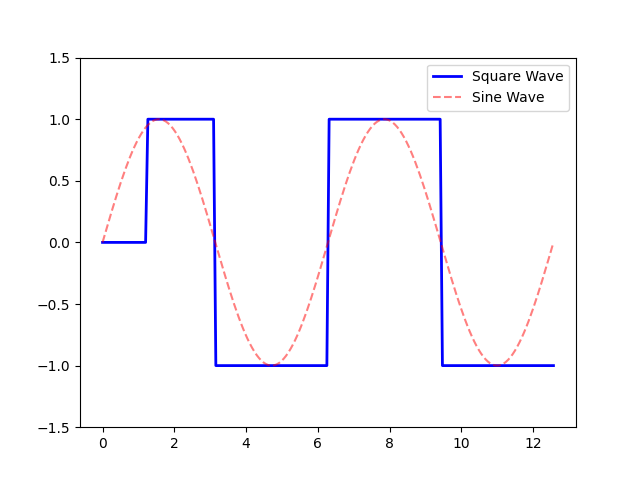
Repository: khulqu15/drone_smc_copppelia
Script's output: python py/realtime.py
An editor plug-in stored every save of this project. The script's output is shown before and after the next save, followed by the edit.
Animations are shown at an early frame. Random numbers start from a fixed seed.

Above is the script's output before, as saved 2024-06-24 00:38:46.

### py/realtime.py
import numpy as np
import matplotlib.pyplot as plt
from matplotlib.animation import FuncAnimation

# Set the parameters for the plot and animation
x_len = 200  # Number of points to display
y_range = [-1.5, 1.5]  # Y-axis range
fault_interval = 50  # Interval at which faults occur
fault_duration = 20  # Duration of each fault

# Initialize the figure and axes
fig, ax = plt.subplots()
xs = np.linspace(0, 4 * np.pi, x_len)
ys = np.sin(xs)
square_ys = np.sign(ys)
ax.set_ylim(y_range)

# Create the plot lines for the square wave and the sine wave
line, = ax.plot(xs, square_ys, 'b-', linewidth=2, label='Square Wave')
sine_line, = ax.plot(xs, ys, 'r--', alpha=0.5, label='Sine Wave')
ax.legend()

def update(frame):
    ys = np.sin(xs + frame / 10)
    square_ys = np.sign(ys)

    # Introduce a fault in the square wave
    if frame % fault_interval < fault_duration:
        # Set the faulted part of the wave to 0
        square_ys[(frame % fault_interval):(frame % fault_interval) + fault_duration] = 0

    # Update the data of the plot lines
    line.set_ydata(square_ys)
    sine_line.set_ydata(ys)
    return line, sine_line

# Set up the animation to update the plot periodically
ani = FuncAnimation(fig, update, frames=np.arange(0, 800, 1), interval=50, blit=False)
plt.show()

After the next save:
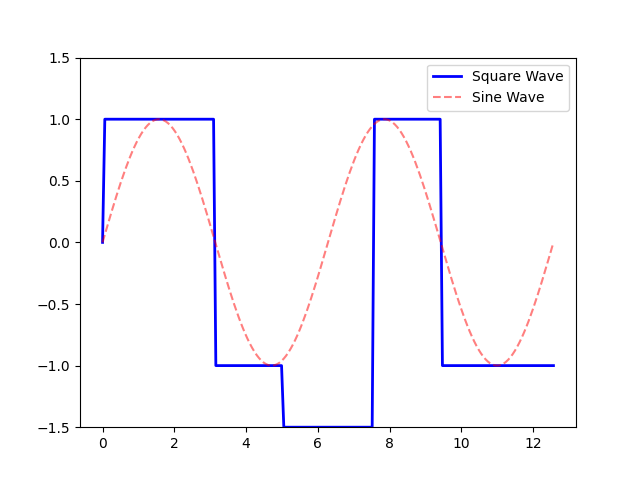
Saved 3 min 17 s later.
--- a/py/realtime.py
+++ b/py/realtime.py
@@ -2,38 +2,33 @@ import numpy as np
 import matplotlib.pyplot as plt
 from matplotlib.animation import FuncAnimation
 
-# Set the parameters for the plot and animation
-x_len = 200  # Number of points to display
-y_range = [-1.5, 1.5]  # Y-axis range
-fault_interval = 50  # Interval at which faults occur
-fault_duration = 20  # Duration of each fault
+# Parameters for the plot
+x_len = 200
+y_range = [-1.5, 1.5]
+fault_start = 80  # Start of the fault in the data array
+fault_end = 120   # End of the fault
 
-# Initialize the figure and axes
+# Create the figure and axis
 fig, ax = plt.subplots()
 xs = np.linspace(0, 4 * np.pi, x_len)
 ys = np.sin(xs)
 square_ys = np.sign(ys)
+
+# Introduce a fixed fault in the square wave
+square_ys[fault_start:fault_end] = -1.5  # Set the fault values below the normal range
+
+# Set up the plot
 ax.set_ylim(y_range)
-
-# Create the plot lines for the square wave and the sine wave
 line, = ax.plot(xs, square_ys, 'b-', linewidth=2, label='Square Wave')
 sine_line, = ax.plot(xs, ys, 'r--', alpha=0.5, label='Sine Wave')
 ax.legend()
 
 def update(frame):
+    # In the animation function, we only update the sine line as the square wave does not change
     ys = np.sin(xs + frame / 10)
-    square_ys = np.sign(ys)
-
-    # Introduce a fault in the square wave
-    if frame % fault_interval < fault_duration:
-        # Set the faulted part of the wave to 0
-        square_ys[(frame % fault_interval):(frame % fault_interval) + fault_duration] = 0
-
-    # Update the data of the plot lines
-    line.set_ydata(square_ys)
     sine_line.set_ydata(ys)
     return line, sine_line
 
-# Set up the animation to update the plot periodically
-ani = FuncAnimation(fig, update, frames=np.arange(0, 800, 1), interval=50, blit=False)
+# Create the animation
+ani = FuncAnimation(fig, update, frames=np.arange(0, 400, 1), interval=50, blit=False)
 plt.show()
